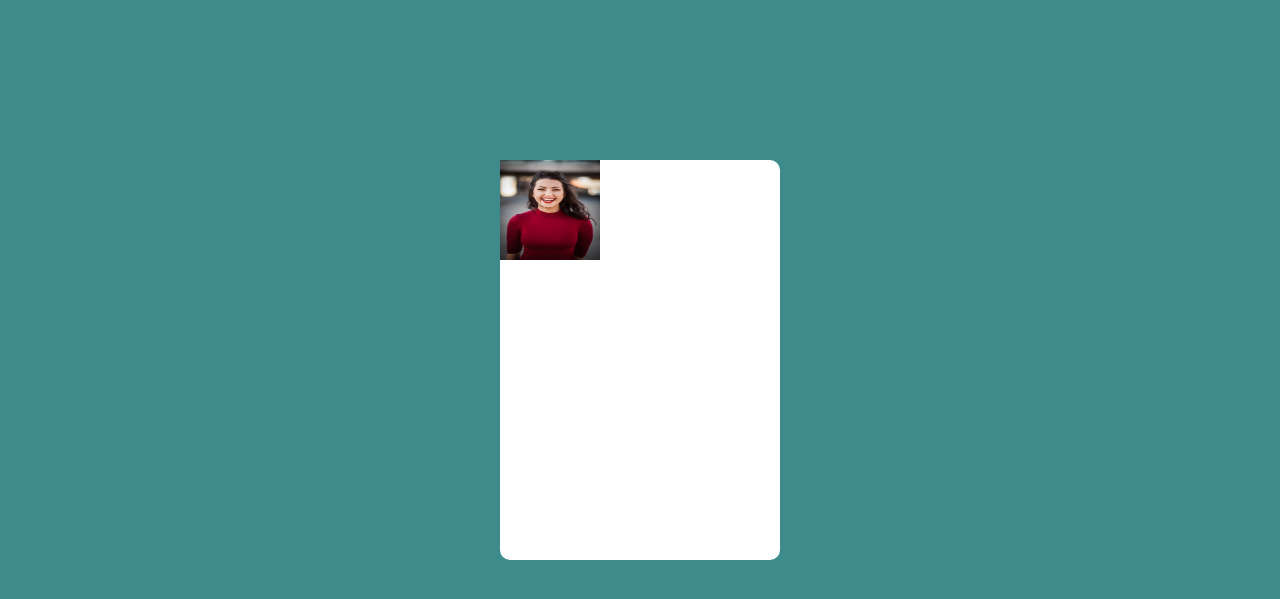
Repository: kiranjeetkaur01/instarequest.github.io
Page: index.html
These files come from the project's save history. The page is drawn as it stood at one moment and after the next save; the edit follows.
The browser window is 1280 px wide. The pictures show the whole page.

Above is the page before, as saved 2023-09-12 19:33:27.

After the next save:
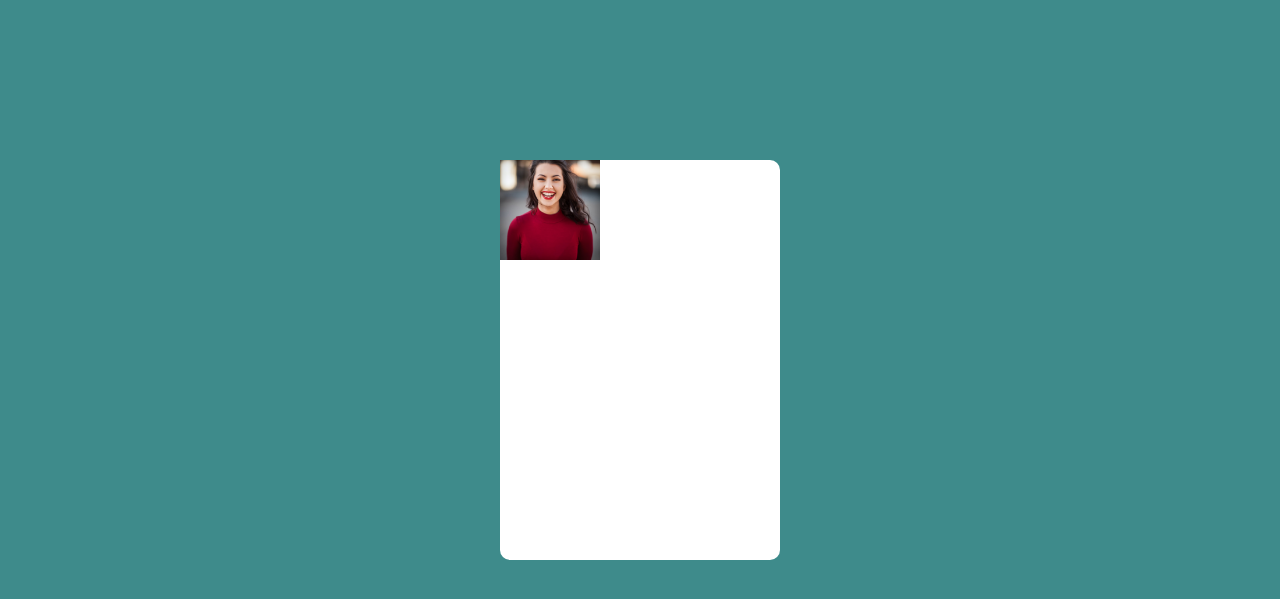
Saved 4 s later.
--- a/style.css
+++ b/style.css
@@ -24,5 +24,5 @@
 #card img{
     height: 100px;
     width: 100px;
-    obj
+    object-fit: cover;
 }
